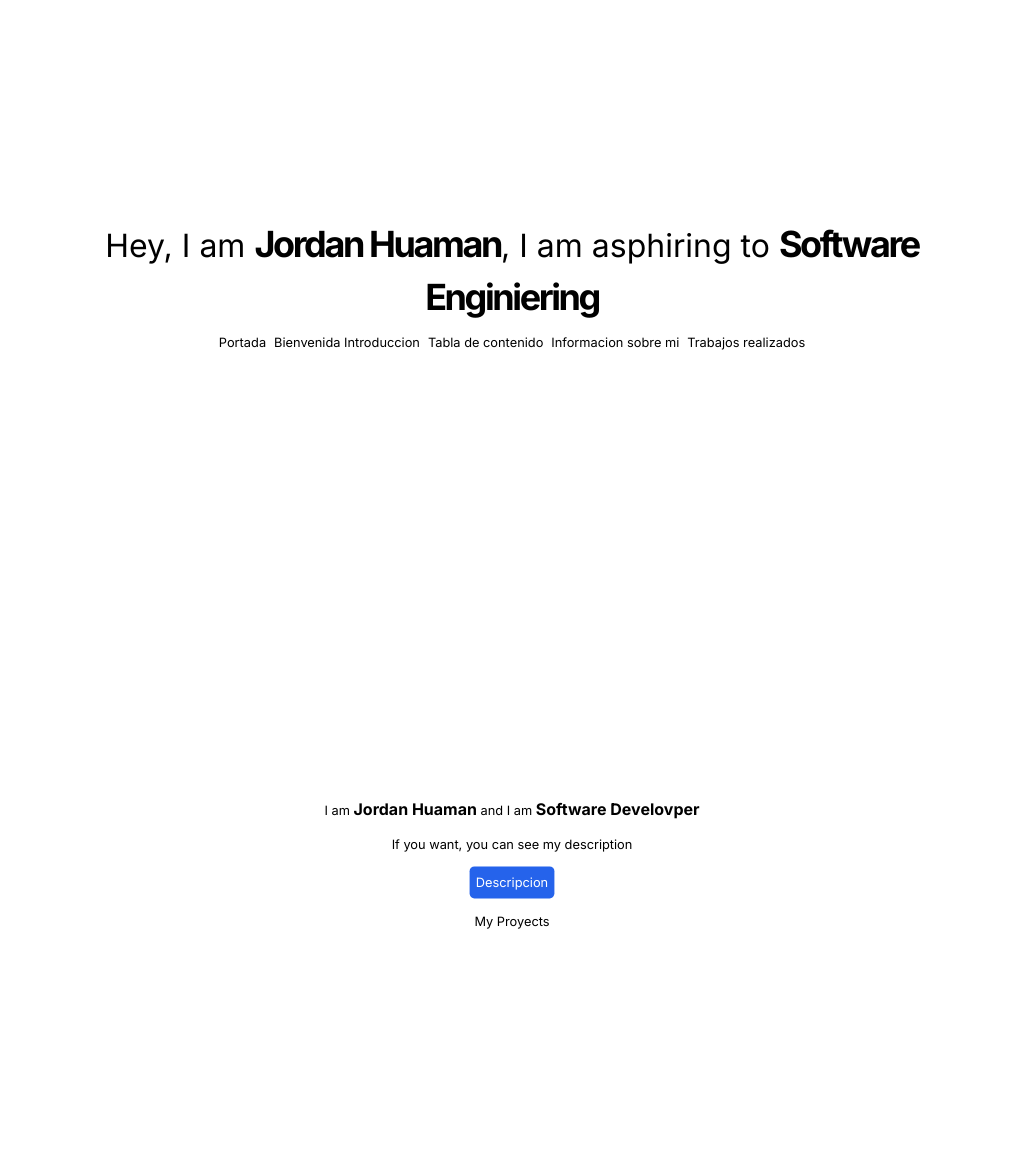
Repository: devsecops-node/portafolio-nextj-pages
Page: /
The author's editor kept a copy of each file at every save. The page is drawn from the files as they stood at one save, then again after the next save.
The browser window is 1280 px wide. The pictures show the whole page, at 80% of full size.
The project was rebuilt for these pictures with package versions that can differ from the ones it lists, and the page was loaded fresh each time. The framework's server and built-in components were replaced by stand-ins that run in the browser. Also part of the build but not shown: next.config.js, src/components/Modal.jsx, src/styles/transitionPage.module.css.

Above is the page before, as saved 2024-01-15 04:20:19.

### src/app/page.js
"use client"
import Dashboard from '@/components/Dashboard'
import Transition from '@/components/Transition'
import Image from 'next/image'
import { useEffect, useState } from 'react'

export default function Home() {
  const [showAnimation, setShowAnimation] = useState(true)

  useEffect(() => {
    console.log('Ejecutando')
    setTimeout(() => {
      setShowAnimation(false)
    }, 2000)
  }, [])
  return (
    <main className='h-[100vh]'>
      {showAnimation ? <Transition /> : <Dashboard />}
    </main>
  )
}

### src/components/Dashboard.jsx
import React from 'react'
import stles from "@/styles/dashboard.module.css"
import Portada from './Portada'
import { useRef } from 'react'

const Dashboard = () => {
  const portada = useRef(null)

  const scrollToPortada = () => {
    const portada = document.getElementById('portada')

    if (portada) {
      console.log('ejecutando id')
      portada.scrollIntoView({ behavior: 'smooth' })
    }
  }
  return (
    <section className={stles.home_view}>
      <div className='h-screen flex justify-center items-center flex-col'>
        <div className={stles.home_view_principal}>
          <p className={stles.animar_text} id='detec'> Hey, I am <span className="animacion-bolder">Jordan
            Huaman</span>, I am asphiring to <span className={stles.detect}>Software Enginiering</span>
          </p>
        </div>
        <div className={stles.home_view_links}>
          <a onClick={scrollToPortada} className={stles.animar_abajo}>
            <p>Portada</p>
          </a>
          <a href="" className={stles.animar_abajo}>
            <p>Bienvenida Introduccion</p>
          </a>
          <a href="" className={stles.animar_arriba}>
            <p>Tabla de contenido</p>
          </a><a href="" className={stles.animar_arriba}>
            <p>Informacion sobre mi</p>
          </a>
          <a href="" className={stles.animar_abajo}>
            <p>Trabajos realizados</p>
          </a>

        </div>
        <div>
        </div>
      </div>
      <div id='portada'>
        <Portada />
      </div>
    </section>
  )
}

export default Dashboard

### src/components/Transition.jsx
import React from 'react'
import styles from "@/styles/transitionPage.module.css"

const Transition = () => {
  return (
    <div className={styles.home}>
      <main className=''>
        <p className={styles.text_1}>Jh</p>
        <p className={styles.text_2}>Jordan Huaman - Porfolio</p>
      </main>
      <footer>
        <p className={styles.text_3}>Software Engineerin - 2024</p>
      </footer>
    </div>
  )
}

export default Transition

### src/styles/dashboard.module.css
/* ? Home-view part */
.home_view {
  height: 100%;
}

.animar_text {
  animation: apper-2 2s;
  -webkit-animation: apper-2 2s;
}

.home_view_principal {
  width: 90%;
  margin: 0 auto;
}

.home_view_principal p {
  text-align: center;
  font-size: 40px;
}

.home_view_principal p span {
  font-size: 45px;
  letter-spacing: -3px;
  font-weight: bold;
}

.home_view_principal p span:hover .child {
  background-color: red;
}

@keyframes apper-2 {
  0% {
    opacity: 0;
    transform: translateY(-200px);
    -webkit-transform: translateY(-200px);
    -moz-transform: translateY(-200px);
    -ms-transform: translateY(-200px);
    -o-transform: translateY(-200px);
  }

  50% {
    opacity: 1;
    transform: translateY(-20px);
    -webkit-transform: translateY(-20px);
    -moz-transform: translateY(-20px);
    -ms-transform: translateY(-20px);
    -o-transform: translateY(-20px);
  }

  100% {
    opacity: 1;
    transform: translateY(0px);
    -webkit-transform: translateY(0px);
    -moz-transform: translateY(0px);
    -ms-transform: translateY(0px);
    -o-transform: translateY(0px);
  }
}

.home_view_links {
  display: flex;
  padding: 10px;
  justify-content: space-between;
  gap: 10px;
}

/* Line aniamtion */
.line-animation {
  display: inline;
  cursor: pointer;
  position: relative;
  /* padding: 5px; */
}

.line-animation::after {
  /* margin-top: 10px; */
  content: "";
  position: absolute;
  width: 100%;
  height: 3px;
  top: auto;
  bottom: 14px;
  left: -4px;
  transform: scaleX(0);
  box-shadow: 0 5px 0 black;
  transform-origin: bottom right;
  transition: transform 0.5s ease-out;
}

.line-animation:hover:after {
  transform: scaleX(1);
  transform-origin: bottom left;
}

.animacion-bolder {
  animation: animar-bold 2s linear alternate slidein;
  -webkit-animation: animar-bold 2s linear alternate slidein;
}

.animar_arriba{
  animation: apper-arriba 2s;
  -webkit-animation: apper-arriba 2s;
}
.animar_abajo{
  cursor: pointer;
  animation: apper-abajo 2s;
  -webkit-animation: apper-abajo 2s;

}

@keyframes apper-arriba {
  0% {
    opacity: 0;
    transform: translateY(200px);
    -webkit-transform: translateY(200px);
    -moz-transform: translateY(200px);
    -ms-transform: translateY(200px);
    -o-transform: translateY(200px);
}

  50% {
    opacity: 1;
    transform: translateY(-20px);
    -webkit-transform: translateY(-20px);
    -moz-transform: translateY(-20px);
    -ms-transform: translateY(-20px);
    -o-transform: translateY(-20px);
  }

  100% {
    opacity: 1;
    transform: translateY(0px);
    -webkit-transform: translateY(0px);
    -moz-transform: translateY(0px);
    -ms-transform: translateY(0px);
    -o-transform: translateY(0px);
  }
}
@keyframes apper-abajo {
  0% {
    opacity: 0;
    transform: translateY(-200px);
    -webkit-transform: translateY(-200px);
    -moz-transform: translateY(-200px);
    -ms-transform: translateY(-200px);
    -o-transform: translateY(-200px);
}

  50% {
    opacity: 1;
    transform: translateY(-20px);
    -webkit-transform: translateY(-20px);
    -moz-transform: translateY(-20px);
    -ms-transform: translateY(-20px);
    -o-transform: translateY(-20px);
  }

  100% {
    opacity: 1;
    transform: translateY(0px);
    -webkit-transform: translateY(0px);
    -moz-transform: translateY(0px);
    -ms-transform: translateY(0px);
    -o-transform: translateY(0px);
  }
}

@keyframes animar-bold {
  0% {
    opacity: 0;
  }

  100% {
    opacity: 1;
  }
}

### src/components/Portada.jsx
import React, { useState } from 'react'
import Modal from './Modal'

const Portada = () => {
  const [modal, setModal] = useState(false)
  const showModal = () => {
    setModal(true)
  }
  const closeModal = () => {
    setModal(false)
  }

  return (
    <div className='h-screen flex justify-center items-center relative'>
      <section className='flex justify-center flex-col items-center gap-4'>
        <p>I am <span className='text-[20px] font-bold'>Jordan Huaman</span> and I am <span className='text-[20px] font-bold'>Software Develovper</span></p>
        <p>If you want, you can see my description</p>
        <button onClick={showModal} className='bg-blue-600 p-2 rounded-md text-white hover:scale-105 duration-150 ease-in-out'>Descripcion</button>
        {modal ? <Modal setModal={closeModal} /> : <></>}
        <p className=''>My Proyects</p>
      </section>
    </div>
  )
}

export default Portada

Loaded but not shown: src/app/layout.js (common file); src/app/globals.css (common file); tailwind.config.js (common file)

After the next save:
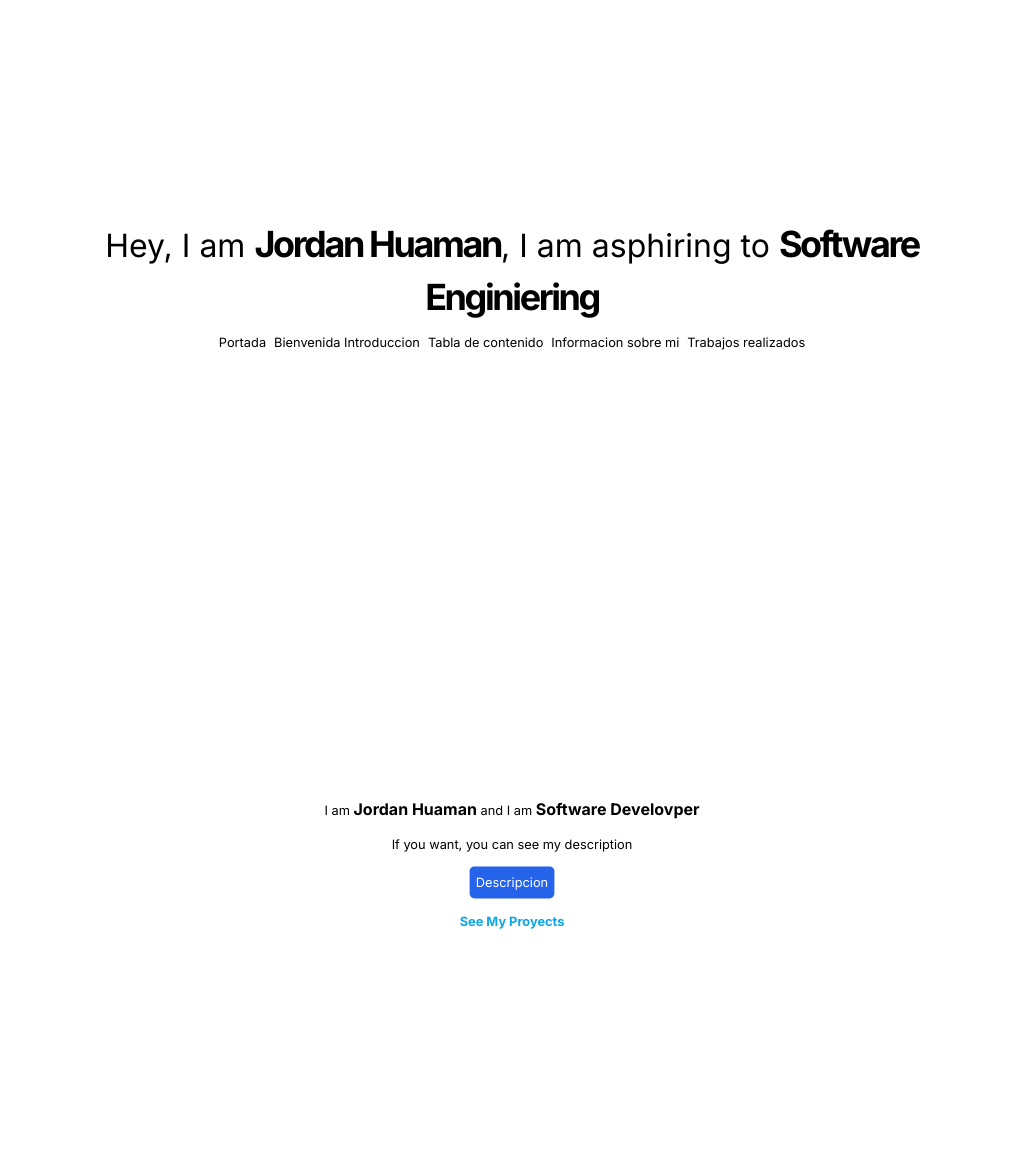
Saved 35 s later.
--- a/src/components/Portada.jsx
+++ b/src/components/Portada.jsx
@@ -17,7 +17,7 @@
         <p>If you want, you can see my description</p>
         <button onClick={showModal} className='bg-blue-600 p-2 rounded-md text-white hover:scale-105 duration-150 ease-in-out'>Descripcion</button>
         {modal ? <Modal setModal={closeModal} /> : <></>}
-        <p className=''>My Proyects</p>
+        <p className='text-sky-500 font-bold '>See My Proyects</p>
       </section>
     </div>
   )
